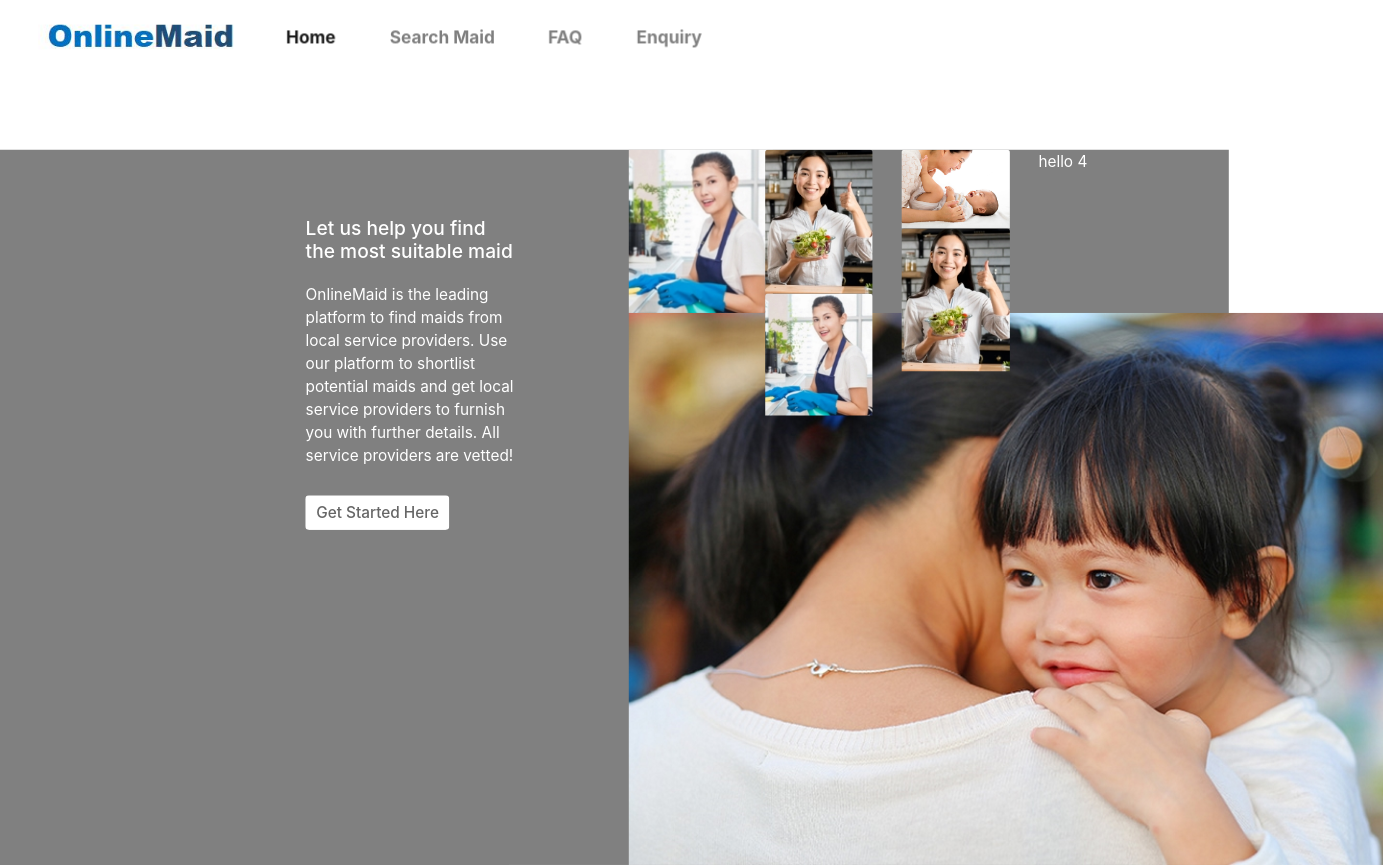
Repository: Code-Institute-Submissions/Project-1---Online-Maid
Page: testing.html
The author's editor kept a record of every edit. The page is drawn from the files as they stood at one moment, then again after the next edit.
The browser window is 1280 px wide. The page is 1441 px wide, so the pictures cover 1441 px, including what lies to the right of the window. The pictures show the whole page, at 96% of full size.
Some web libraries are served in a nearby version.

Above is the page before.

After the next edit:
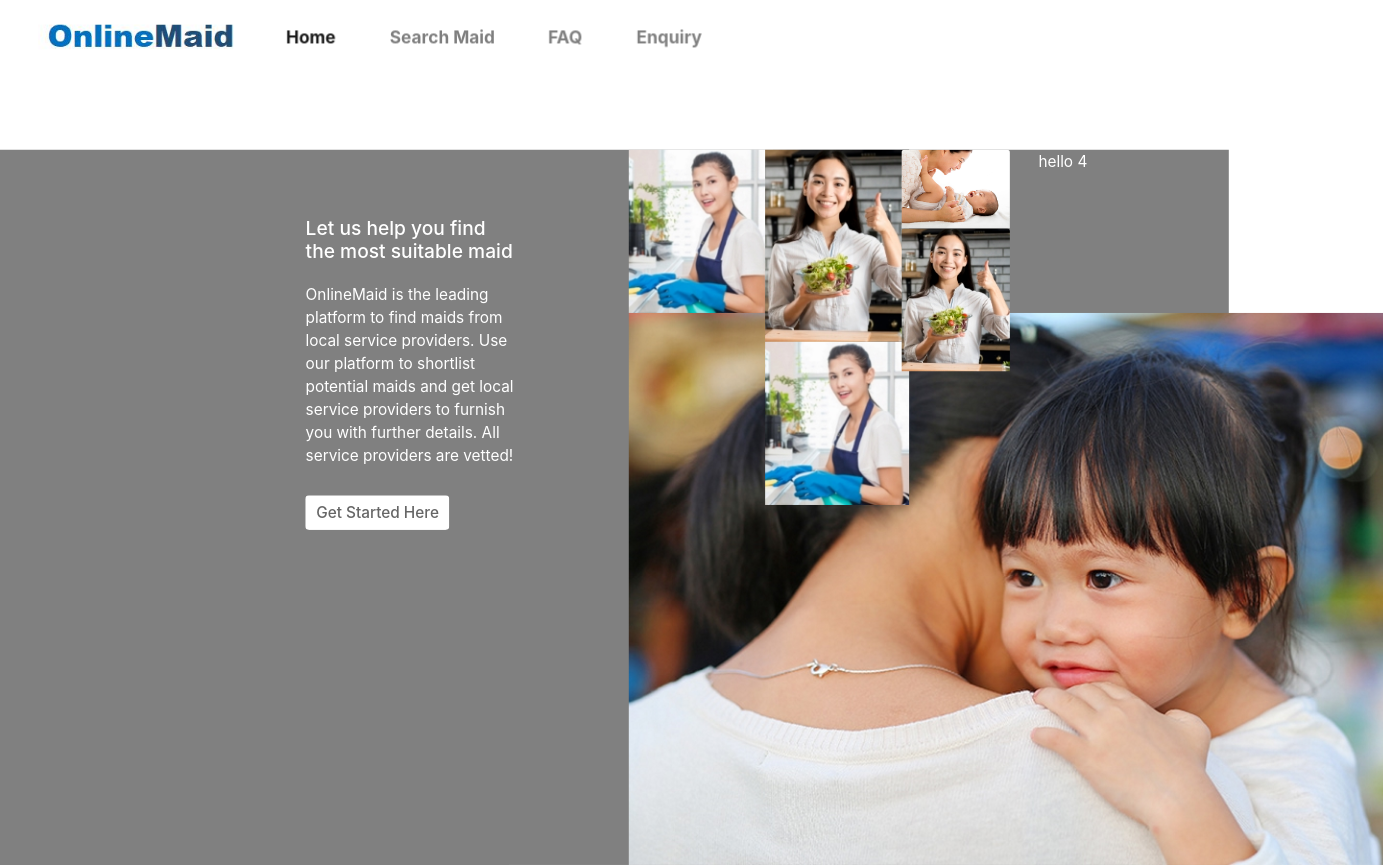
The edit:
--- a/testing.html
+++ b/testing.html
@@ -58,8 +58,8 @@
         </div>
 
         <div class="col-4 picture-col-2">
-          <img class="card-img-top" src="images/enquiry3a.jpg" alt="Card image cap">
-          <img class="card-img-top" src="images/enquiry2a.jpg" alt="Card image cap">
+          <img class="small-picture" src="images/enquiry3a.jpg" alt="Card image cap">
+          <img class="small-picture" src="images/enquiry2a.jpg" alt="Card image cap">
         </div>
 
         <div class="col-4 picture-col-3">
